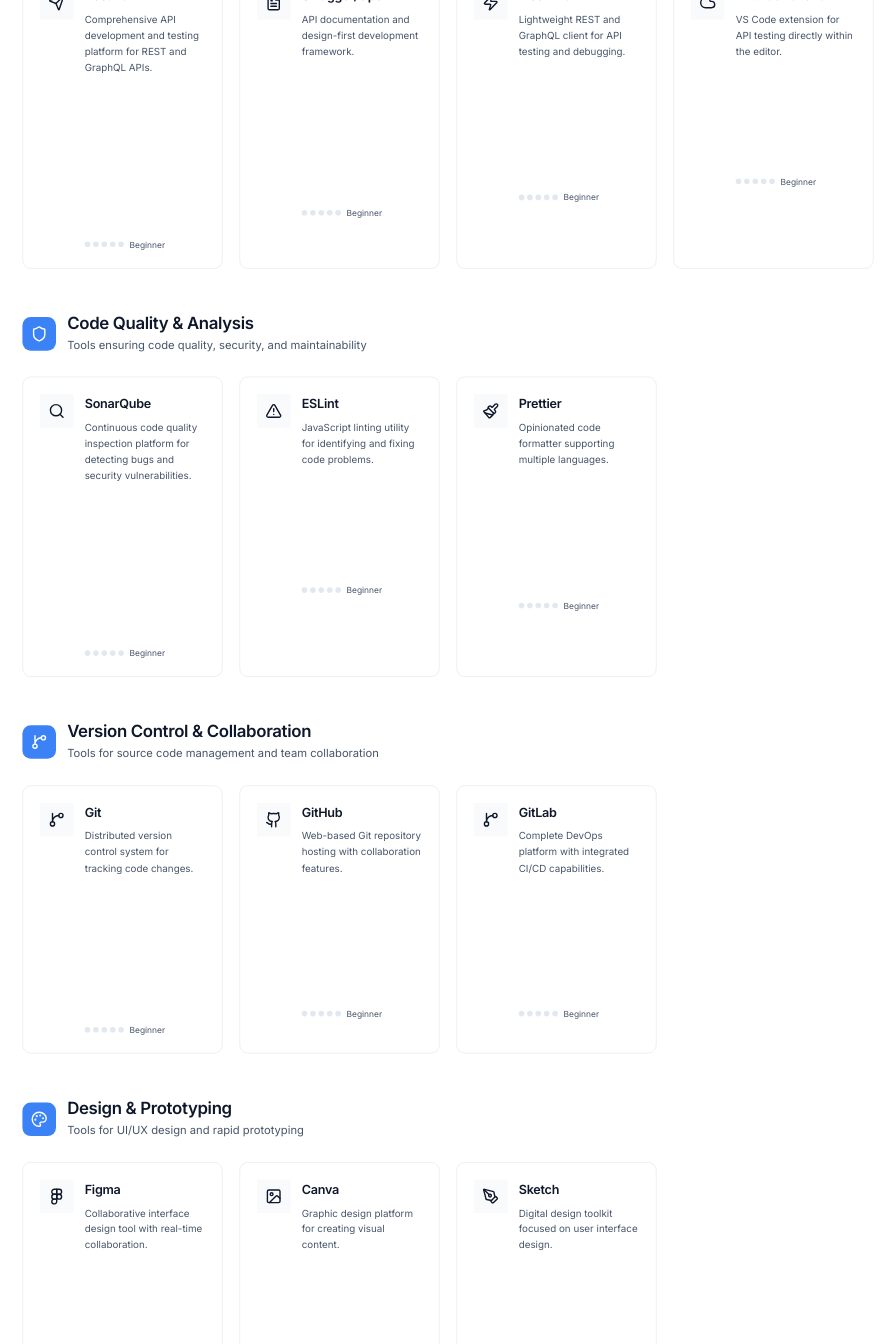
Repository: ayaaas/portflio_aya
Page: /tools-professional-workflow-display
An editor plug-in stored every save of this project. The page is shown before and after a run of saves, followed by the edit.
The browser window is 1280 px wide. The pictures show the part of the page from y = 1420 to 3340 px (the page is 4658 px tall before and 4602 px after), at 70% of full size.
The project was rebuilt for these pictures with package versions that can differ from the ones it lists, and the page was loaded fresh each time. Also part of the build but not shown: vite.config.mjs, src/components/ErrorBoundary.jsx, src/components/AppImage.jsx, src/pages/hero-section-developer-portfolio/components/ProfileImage.jsx, src/pages/hero-section-developer-portfolio/components/AnimatedText.jsx, src/pages/hero-section-developer-portfolio/components/HeroContent.jsx, src/pages/hero-section-developer-portfolio/components/BackgroundPattern.jsx, src/pages/hero-section-developer-portfolio/components/ScrollIndicator.jsx and 24 more.

Above is the page before, as saved 2025-07-19 00:20:06.

After the next 2 saves:
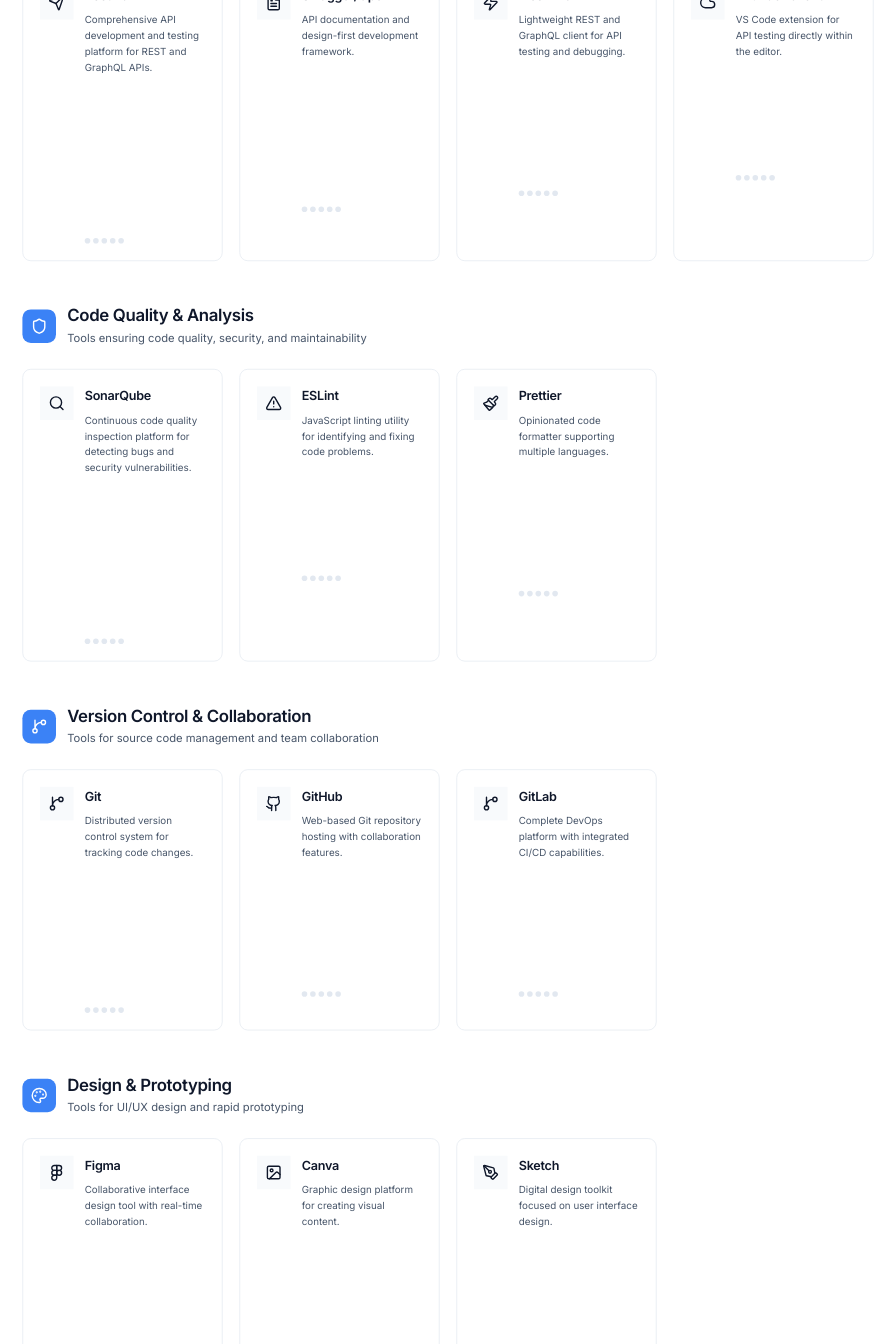
The 2 saves are shown as one change because 1 did not build or start.
The last was saved 80 s later.
--- a/src/pages/tools-professional-workflow-display/components/ToolCard.jsx
+++ b/src/pages/tools-professional-workflow-display/components/ToolCard.jsx
@@ -49,9 +49,8 @@
                 <div key={i} className="w-2 h-2 bg-border rounded-full"></div>
               ))}
             </div>
-            <span className="text-xs text-text-secondary">
-              {level === 5 ? 'Expert' : level === 4 ? 'Advanced' : level === 3 ? 'Intermediate' : 'Beginner'}
-            </span>
+
+
           </div>
         </div>
       </div>
